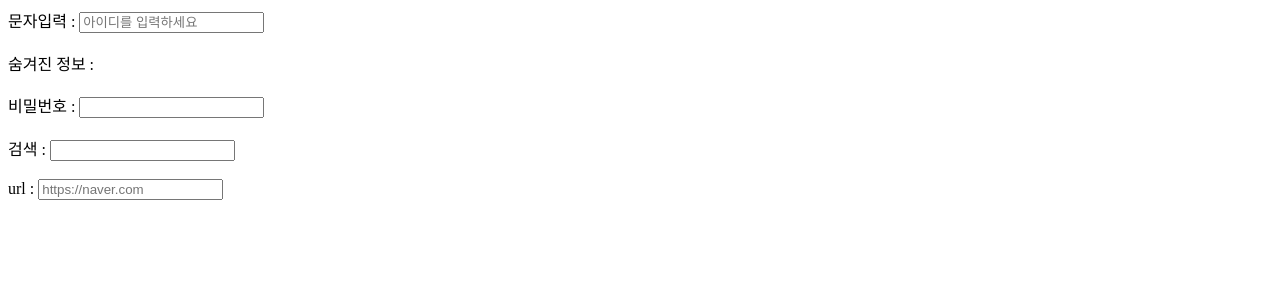
Repository: jaehyeon0418/workspace123
Page: w1025/src/webapp/w1025_07.html
An editor plug-in stored every save of this project. The page is shown before and after the next save, followed by the edit.
The browser window is 1280 px wide. The pictures show the whole page.

Above is the page before, as saved 2022-10-25 03:12:33.

After the next save:
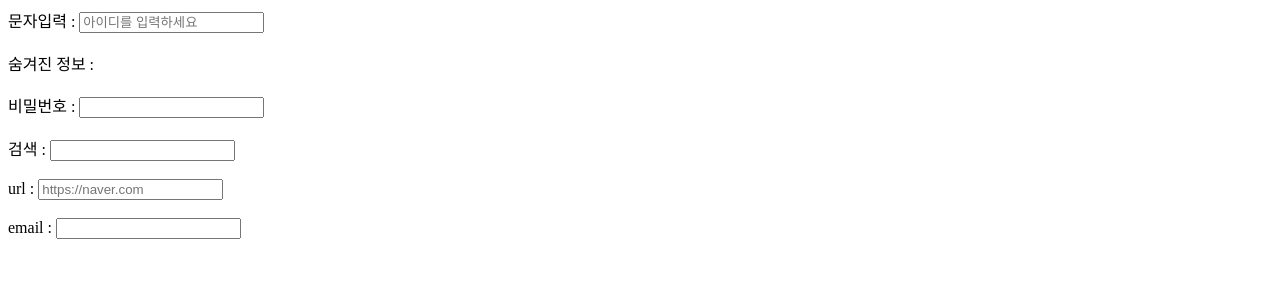
Saved 67 s later.
--- a/w1025/src/webapp/w1025_07.html
+++ b/w1025/src/webapp/w1025_07.html
@@ -18,7 +18,7 @@
 
 검색 : <input type = "search" name="search"> <br><br>
 url : <input type = "url" placeholder="https://naver.com"><br><br>
-
+email : <input type = "email" name="email"><br><br>
 
 </body>
 </html>
